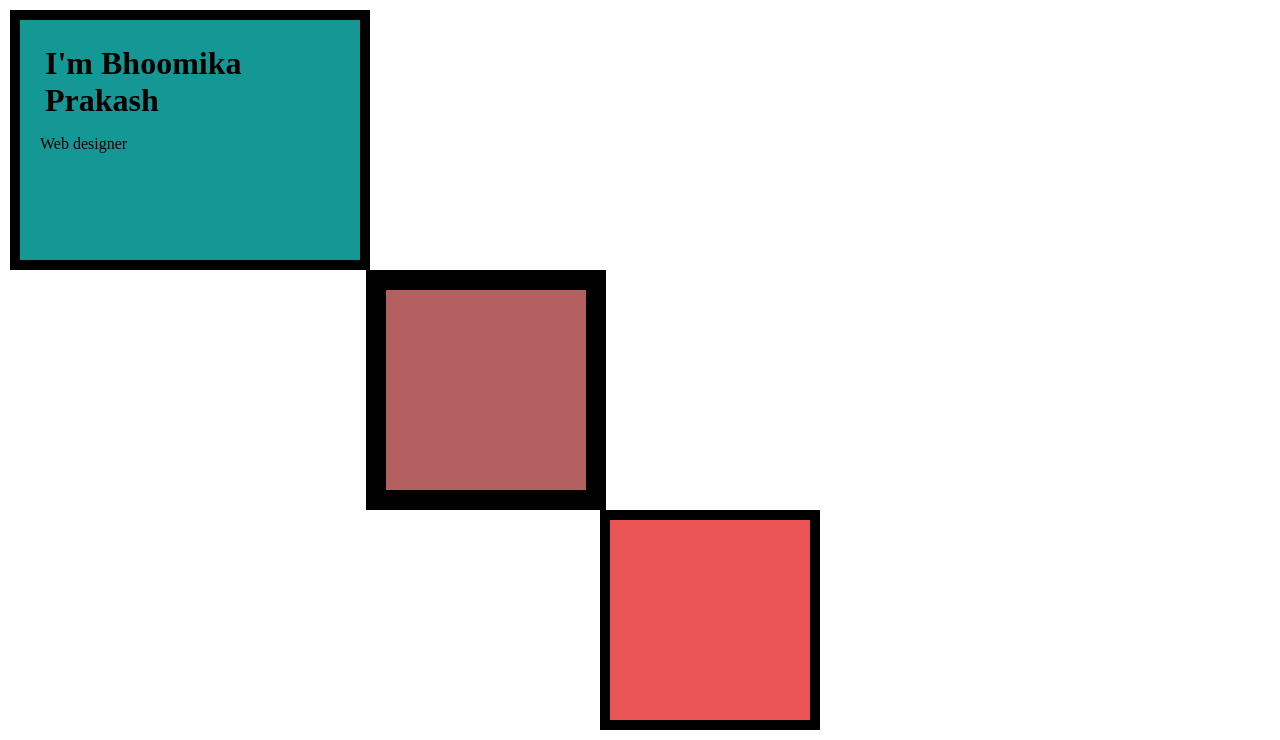
Repository: Bhoomika140420/css_mysite
Page: index.html
The author's editor kept a copy of each file at every save. The page is drawn from the files as they stood at one save, then again after the next save.
The browser window is 1280 px wide. The pictures show the whole page.

Above is the page before, as saved 2023-03-29 12:53:05.

### index.html
<!DOCTYPE html>
<html>
    <head>
    <meta charset="utf-8">
    <title>CSS-Mysite</title>
    <link rel="stylesheet" href="stylesheet.css">
    <link rel="icon" href="favicon.ico">
    </head>
    <body>
        <div class="top-container">
            <h1>I'm Bhoomika Prakash</h1>
            <p>Web designer</p>
        </div>
        <div class="middle-container">

        </div>
        <div class="bottom-container">

        </div>
    </body>
</html>

### stylesheet.css
.top-container{
    background-color:#159895;
    padding:20px;
    border:solid 10px;
    width:300px;
    height:200px;
}

.middle-container{
    background-color:#B46060;
    border:solid 20px;
    width:200px;
    height:200px;
    margin-left:356px;
    margin-right: 20px;
}

.bottom-container{
    background-color:#EA5455;
    width:200px;
    height:200px;
    border:solid 10px;
    margin-left:590px;
    margin-right:40px;
}
body{
    margin:10px;
}

h1{
    margin:5px;
}

After the next save:
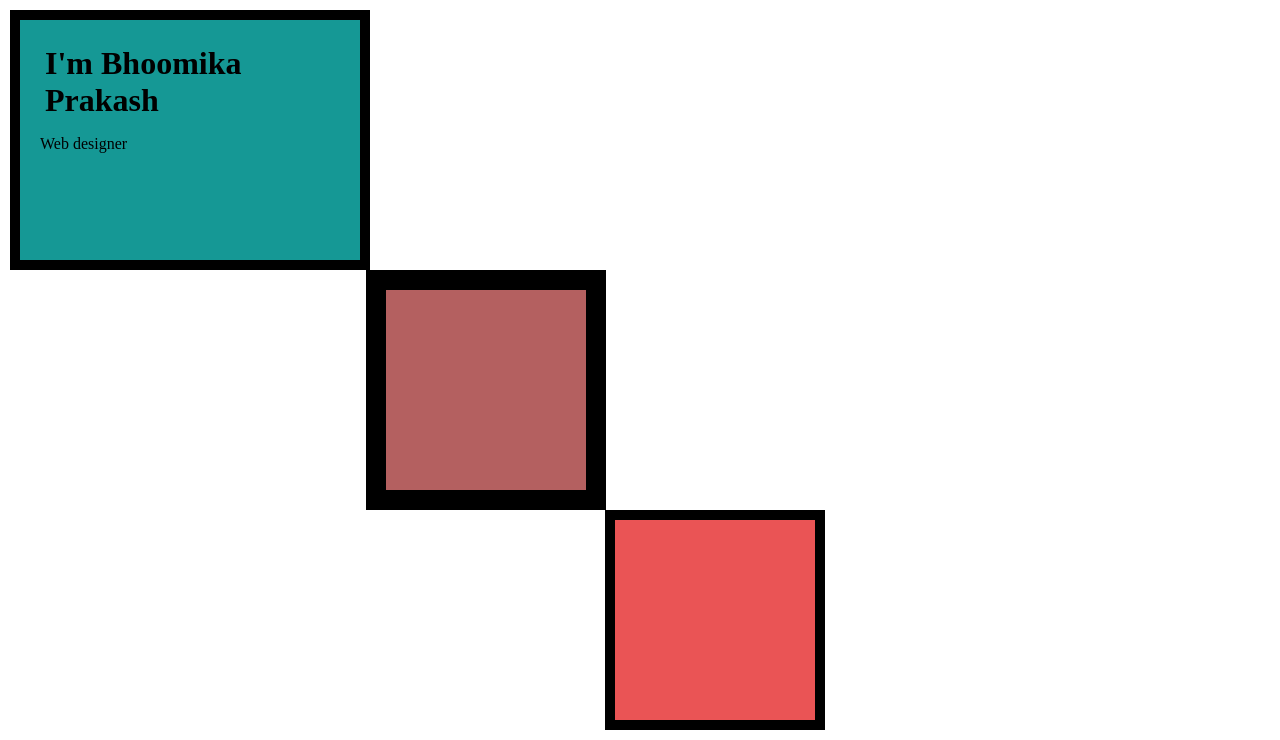
Saved 5 s later.
--- a/stylesheet.css
+++ b/stylesheet.css
@@ -20,7 +20,7 @@
     width:200px;
     height:200px;
     border:solid 10px;
-    margin-left:590px;
+    margin-left:595px;
     margin-right:40px;
 }
 body{
